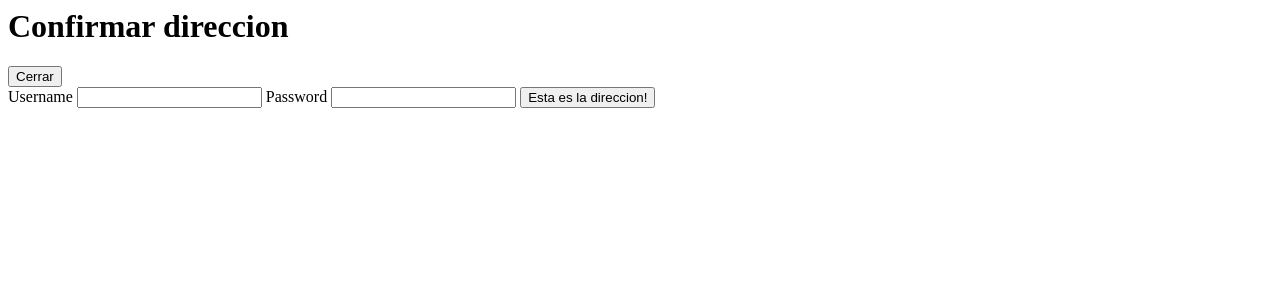
Repository: agustinbaretto/mobile-alarmee
Page: templates/confirmAddress.html
The author's editor kept a record of every edit. The page is drawn from the files as they stood at one moment, then again after the next edit.
The browser window is 1280 px wide. The pictures show the whole page.

Above is the page before.

After the next edit:
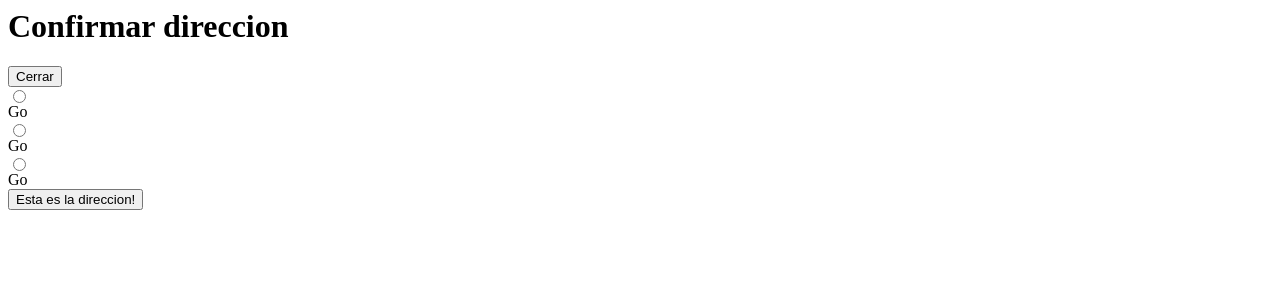
The edit:
--- a/templates/confirmAddress.html
+++ b/templates/confirmAddress.html
@@ -8,13 +8,26 @@
   <ion-content>
     <form ng-submit="doConfirmAddress()">
       <div class="list">
-        <label class="item item-input">
-          <span class="input-label">Username</span>
-          <input type="text" ng-model="loginData.username">
+        <label class="item item-radio">
+          <input type="radio" name="group">
+          <div class="item-content">
+            Go
+          </div>
+          <i class="radio-icon ion-checkmark"></i>
         </label>
-        <label class="item item-input">
-          <span class="input-label">Password</span>
-          <input type="password" ng-model="loginData.password">
+        <label class="item item-radio">
+          <input type="radio" name="group">
+          <div class="item-content">
+            Go
+          </div>
+          <i class="radio-icon ion-checkmark"></i>
+        </label>
+        <label class="item item-radio">
+          <input type="radio" name="group">
+          <div class="item-content">
+            Go
+          </div>
+          <i class="radio-icon ion-checkmark"></i>
         </label>
         <label class="item">
           <button class="button button-block button-positive" type="submit">Esta es la direccion!</button>
